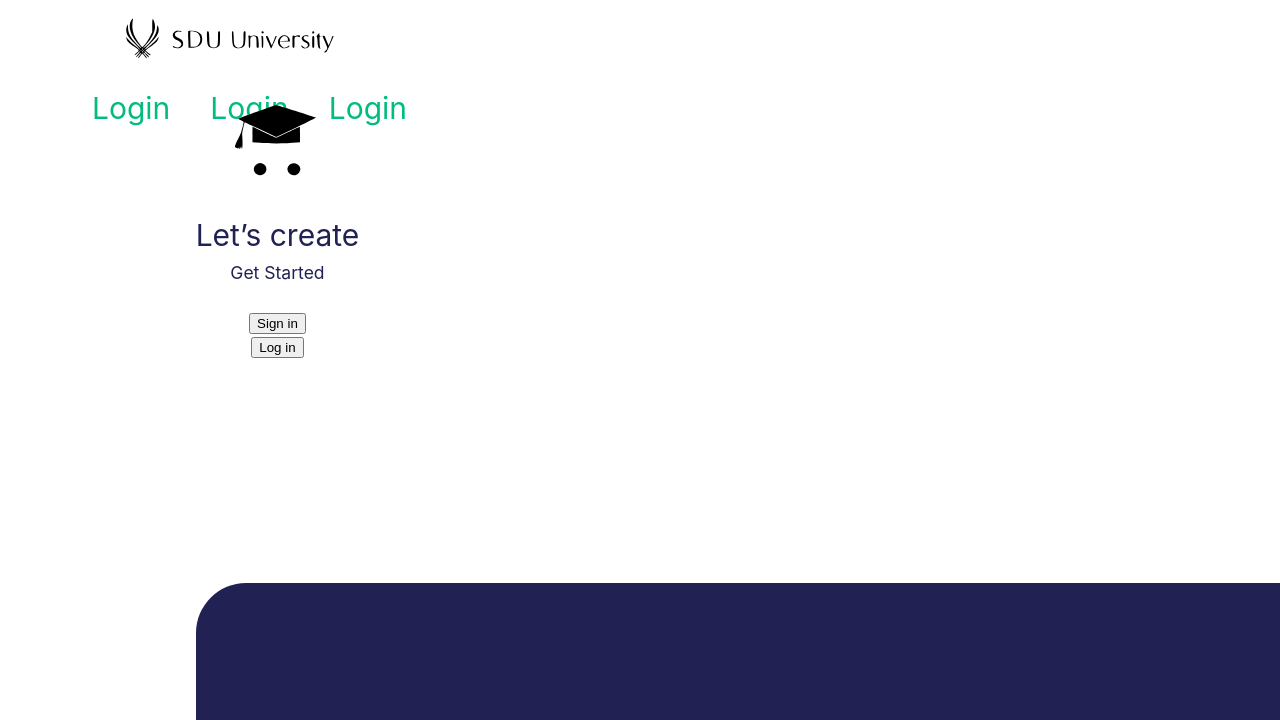
Repository: tolepbekova/CommunityChat
Page: /auth
The author's editor kept a copy of each file at every save. The page is drawn from the files as they stood at one save, then again after the next save.
The browser window is 1280 px wide. The pictures show the whole page.
The project was rebuilt for these pictures with package versions that can differ from the ones it lists, and the page was loaded fresh each time. Also part of the build but not shown: vite.config.js, src/components/HelloWorld.vue, src/views/Login.vue. Imported but missing from the stored project, and not drawn on this page: src/views/Change.vue.

Above is the page before, as saved 2024-05-09 23:00:05.

After the next save:
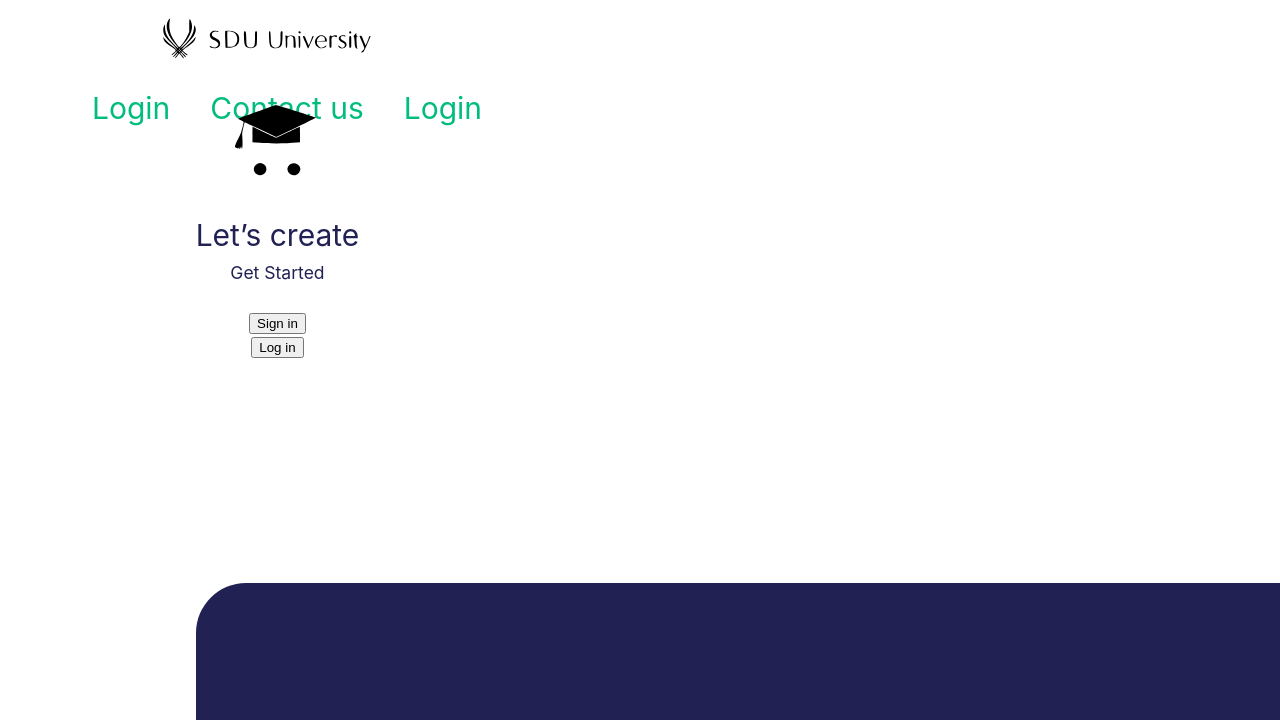
Saved 40 s later.
--- a/src/App.vue
+++ b/src/App.vue
@@ -13,7 +13,7 @@
         <div>
             <ul id="navbar">
              <li><router-link to="/login">Login</router-link></li>
-                <li><router-link to="/login">Login</router-link></li>
+                <li><router-link to="/contact">Contact us</router-link></li>
                <li><router-link to="/login">Login</router-link></li>
             </ul>
         </div>
